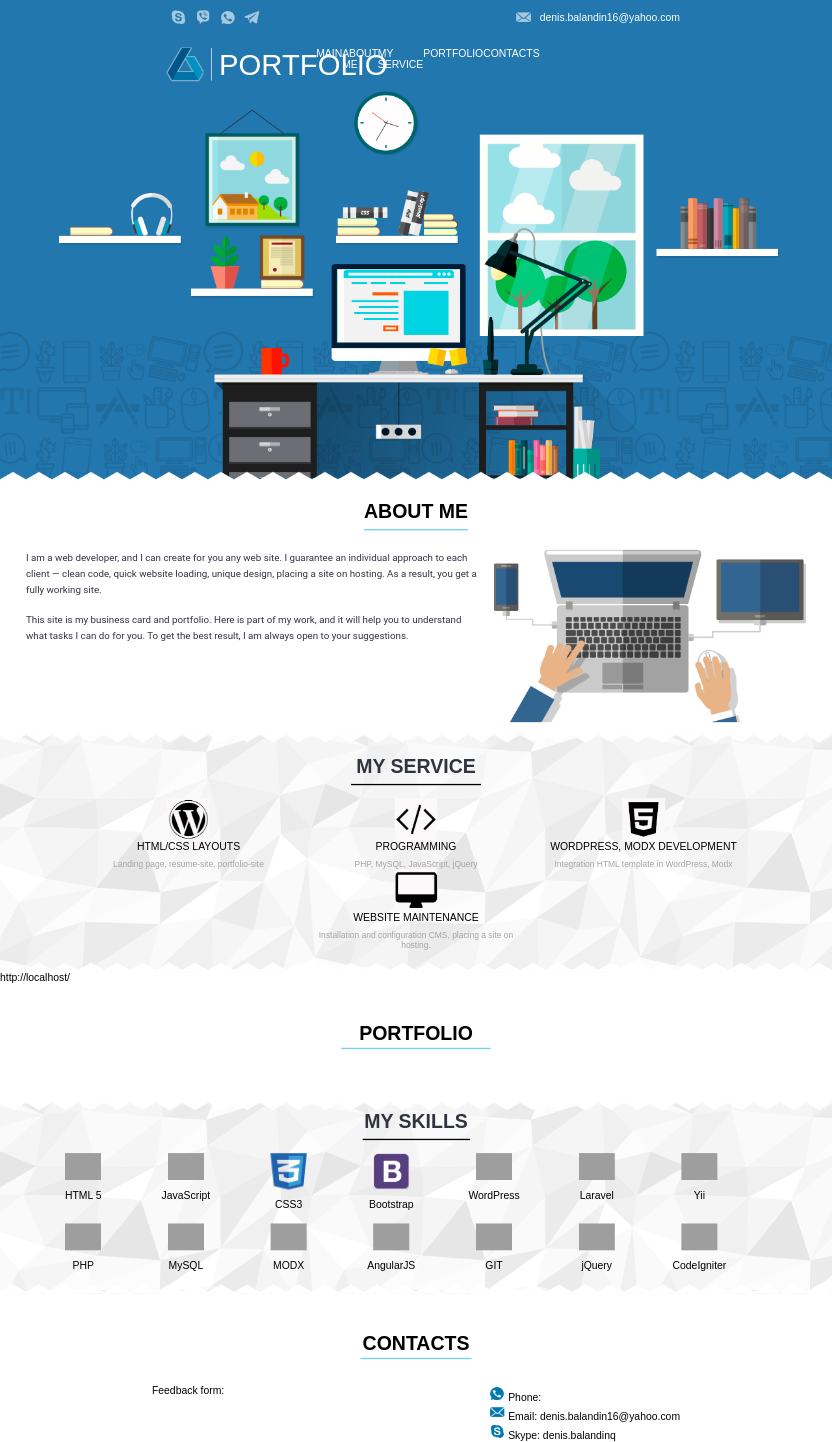
Repository: DenisBalandin/Portfolio
Page: /
The author's editor kept a copy of each file at every save. The page is drawn from the files as they stood at one save, then again after the next save.
The browser window is 1280 px wide. The pictures show the whole page, at 65% of full size.
Pictures or frames that could not be fetched are drawn as grey boxes. The page's requests for data from a server got no answer. The project was rebuilt for these pictures with package versions that can differ from the ones it lists, and the page was loaded fresh each time. No one was signed in, and anything a server would have sent is missing. Also part of the build but not shown: src/ItemPage.js.

Above is the page before, as saved 2020-03-06 18:42:23.

### src/App.js
import React from 'react';
import './style.scss';
import ItemPage from './ItemPage';
import Home from './Home';
import Header from './Header';


import {BrowserRouter as Router,Route, Link} from 'react-router-dom';

function App(){
  return (
    <Router>
      <Header/>
      <Route exact path="/pageitem" component={ItemPage} />

      <Route exact path="/pageitem/:itemid" component={ItemPage} />
      <Route exact path="/" component={Home} />
    </Router>
  );
}

export default App;

### src/style.scss
*{padding: 0; margin: 0;}
body{font-family: Arial; min-width: 500px; }
a{text-decoration: none; color: #FFFFFF; text-decoration: none;}
li{list-style: none;}



/* Heder */
#first_page_bg{
    width:100%;
    height: 70%;
    background: #2277ae;
    header{
        width: 60%;
        margin: 0 auto 0 auto;
        .up_menu_links{
            display: flex;
            justify-content: space-between;
           padding: 2% 0 0 0;
            .social_link{
                width: 30%;
                a{
                    margin: 0 3% 0 3%;
                }
            }
            .email_heder{
                width: 30%;
                span{
                    position: absolute;
                    margin: 0.2% 0 0 1%;
                }
            }
        }

        menu{
            margin: 30px 0 20px 0;
            display: flex;

            .logo{
                width: 30%;
                display: flex;
                .company_name{
                    margin: 0.3% 0 0 5%;
                    height: 90%;
                    padding: 0 0 0 5%;
                    border-left: #FFFFFF 1px solid;
                }
            }
            .menu_heder{
                width: 40%;
                display: flex;
                justify-content: space-between;
            }


        }
    }

}





// .menu div{ margin: -1px 5px 0 5px; color:#ffffff; font-size: 17px;  display: flex;
//     flex-direction:row;
//     flex-wrap: wrap;
//     justify-content: center;}
// .menu div a{color:#ffffff; font-size: 20px;}
/*Top menu end*/
/*Heder end*/

/*Page*/
#first_page_bg_single{ width: 100%; height: 195px; background: #2277ae; padding:0px 0 0 0; overflow: hidden;}
.bg_page_insaide_page{width: 100%; background: url("img/pattop1.png") repeat-x; height: 230px; position: relative; z-index:5;}
.deltatop_page_page{width: 100%; background: url("img/deltatop.png") repeat-x; height: 14px; position: relative; z-index: 20; margin: -13px 0 0 0;}
#content_page{
    max-width: 1200px;
    margin: 30px auto 0px auto;
    display: flex;
    flex-wrap: wrap;
    flex-direction: row;
    justify-content: space-around;
}
.content_pageh1{
    font-size: 30px;
    text-transform: uppercase;
    text-align: center;
    font-weight: bold;
    position: relative;
    margin-bottom: 30px;
    color:#303440;
    text-decoration: underline;
    padding: 40px 0 10px 0;
}
#content_page img{
    width: 100%;
    height: auto;
}
/*Page end*/
.order_site{float: right; margin: 15px 0 0 20px; width: 178px; height: 30px; border: 1px solid #6ca6cd; text-align: center; color: #ffffff; padding: 10px 0 0 0; font-size: 14px; box-shadow: 9px 8px 4px -7px #2277ae; }
.order_site:hover{background: #0298cc; cursor: pointer;}
.company_name{
    color: #ffffff;
    font-size: 45px;
    margin: -10px 0 0 15px;
}
.company_name a{color: #FFFFFF;}
.company_name a:hover{color: #FFFFFF; text-decoration: none;}
.logo_border{
    width: 1px; height: 50px; background: #FFFFFF; margin: 0 10px 0 25px;
}
.content_description{
    max-width: 750px;
    height: 60px;
    float: left;
    font-size: 14px;
    color: #303440;
    margin: 0 0px 0 0;
}
.tools{ font-size: 15px; color: #303440; padding: 0 0 0 0px; }
.content_link{font-size: 15px; color: #303440; margin:0px 0 20px 0;}
.content_link a{color: #303440; text-decoration: underline;}
.content_link a:hover{text-decoration: none;}
.content_text{
    width: 80%;
    background: #fff;
    border: 1px solid #59759b;
    overflow: hidden;
    margin: 0 auto 0 auto;
}
.content_text img{
    width: 100%!important;
    height: 50%!important;
}
.web_line{ background:url("img/web_line.jpg")no-repeat;  display: inline-block; height: 69px; max-width: 1150px; margin: 0 0 -5px 0; border-right: 1px solid #59759b; border-left: 1px solid #59759b; border-top: 1px solid #59759b;}
.content_url{float: left; margin: 40px 0 0 160px;}
.content_url a{color: #585353;}
/*Links end*/
.flex-container {
    display: flex;
    flex-direction:  row-reverse;
}
/*Top Menu*/
.heder_menu{
    display: flex;
}
.top_menu{
    margin: 20px 0;
    display: flex;
    flex-direction:row;
}
/*Page bg*/
.page_bg{
    margin: -10px auto 0 auto;
}
.bg_page_insaide{width: 100%; background: url("img/pattop.png") repeat-x;  position: relative; z-index:5; background-position: bottom;
    display: flex;
    flex-direction: column;
}
.bg_page_insaide_single{width: 100%; margin: 15px 0 0 0; background: url("img/pattop.png") repeat-x; height: 130px; position: relative; z-index:5;}
.deltatop_page{width: 100%; background: url("img/deltatop.png") repeat-x; height: 14px; position: relative; z-index: 20; margin: -14px 0 0 0;}
/*Page bg end*/

/*About me*/
#about_me{
    max-width: 1200px;
    margin:  30px auto 70px auto;
}
#about_me h1{
    font-size: 30px;
    text-transform: uppercase;
    margin: 0 auto 30px auto;
    font-weight: bold;
    position: relative;
    border-bottom: 2px solid #6dcff6;
    width: 160px;
    padding: 0 0 10px 0;
}
#about_me p{    box-sizing: border-box;
    font: 15px "Roboto";
    line-height: 25px;
    color: #303440; margin: 20px 0 13px 0;}
#about_me img{
    padding: 0 0 0 20px;
    margin: 0 0 20px 0;
}
/*About me end*/

/*My Service*/
#my_service_bg{
    height: 100%;
    background: url("img/bgdelta.png") repeat-x;
}
.my_service_line_top{
    width: 100%;
    height: 14px;
    background: url("img/deltabottom.png") repeat-x;
}
.my_service_line_bottom{
    width: 100%;
    height: 14px;
    background: url("img/deltatop.png") repeat-x;
}
#my_service{
    max-width: 1500px;
    margin: 0px auto 20px auto;
    display: flex;
    flex-direction:row;
    flex-wrap: wrap;
    justify-content: center;

}
#my_service_bg h3{
    font-size: 30px;
    text-transform: uppercase;
    font-weight: bold;
    color: #303440;
    width: 200px;
    text-align: center;
    margin: 20px auto 20px auto;
    border-bottom: 2px #000000 solid;
    padding: 0 0 10px 0;
}
#my_service div{
    display: flex;
    flex-direction:column;
    flex-wrap: wrap;
    justify-content: center;
}
#my_service div img{
    margin:  0 auto 0 auto;
}
.text_1{
    text-align: center;
    padding: 0 25px 0 25px;
    font-size: 1em;
}
.text_2{
    text-align: center;
    padding: 0 25px 0 25px;
    color:#a4a4a4;
    font-size: 5em;
    width: 300px;
}
/*My service end*/

/*Portfolio*/
#portfolio{
    max-width: 1200px;
    margin: 0 auto 40px auto;
    display: flex;
    flex-direction:row;
    flex-wrap: wrap;
    justify-content: center;
}
.portfolioh3{
    font-size: 30px;
    text-transform: uppercase;
    text-align: center;
    font-weight: bold;
    position: relative;
    border-bottom: 2px solid #6dcff6;
    width: 230px;
    margin: 60px auto 40px auto;
    padding: 0 0 5px 0;
}
#portfolio .portfolioblock{
    border: 1px solid #bfd2e1;
    width: 368px;
    margin: 10px;
    box-shadow: 5px 5px 4px -5px #000000;
}
#portfolio div img{
    margin: -12px 0 0px 0;
    display: inline-block;
}
.p_name{
    background:#2d7eb2;
    text-align: center;
    height: 40px;
    opacity: 0.8;
    padding: 2px 20px;
    margin: 0 auto 0 auto;
}
.p_name a{
    font-size: 20px;
    color: #ffffff;
}
.p_name:hover{
    text-decoration: none;
}
/*Portfolio end*/

/*Content blog*/
#content_blog{ max-width: 1200px;  margin: 0 auto 40px auto; min-height: 300px;}
/*Content blog end*/



/*I used*/
#my_skils_bg{
    width: 100%;
    height: 100%;
    background: url("img/bgdelta.png") repeat-x;
    margin: 0 0 40px 0;
}
.my_skils_line_top{
    width: 100%;
    height: 14px;
    background: url("img/deltabottom.png") repeat-x;
}
.my_skils_line_bottom{
    width: 100%;
    height: 14px;
    background: url("img/deltatop.png") repeat-x;
}
#my_skils{
    max-width: 1200px;
    margin: 10px auto 0px auto;
    display: flex;
    flex-direction:row;
    flex-wrap: wrap;
}
#my_skils div img{}
.my_skillsh3{
    font-size: 30px;
    text-transform: uppercase;
    font-weight: bold;
    color: #303440;
    width: 165px;
    text-align: center;
    margin: 0 auto 20px auto;
    border-bottom: 2px #000000 solid;
    padding: 0 0 10px 0;
}
#my_skils div{ width: 140px; text-align: center; margin: 0 0 20px 18px;}
#my_skils div img{margin: 0 0 10px 0; width:40%;}
.about_me_img{}
.text_1{ text-align: center;}
.text_2{ text-align: center; margin: 10px 0 0 0; color:#a4a4a4; font-size: 13px;}
/*I used end*/

/*Portfolio*/
.contactsh3{
    font-size: 30px;
    text-transform: uppercase;
    text-align: center;
    font-weight: bold;
    position: relative;
    border-bottom: 2px solid #6dcff6;
    width: 170px;
    margin: 60px auto 40px auto;
    padding: 0 0 5px 0;
}
#contacts{
    max-width: 1200px;
    margin: 0 auto 0px auto;
    display: flex;
    flex-direction:row;
    flex-wrap: wrap;
    justify-content: space-around;
}
.formcont{ margin: 0 20px 0 0;}
.formcont input{border: 1px solid #dddddd; margin: 10px 0 10px 0; width: 250px; height: 30px; color: #666666; padding: 0 0 0 10px;}
.formcont textarea{border: 1px solid #dddddd; margin: 10px 0 10px 0; width: 410px; height: 70px; color: #666666; padding: 15px 0 0 10px;}
.formcont button{ background:#0298cc; height: 40px; width: 180px; color: #ffffff; font-size: 18px; border: 1px solid #6ca6cd; cursor: pointer;}
.formcont button:hover{ background:#2277ae;}
/*Portfolio end*/

/*Footer*/
#footer_bg{background: #2277ae; width: 100%; height: 100px; margin: 50px 0 0 0; }
#footer{max-width: 1200px;  margin: 10px auto 0px auto; height: 50px;}
.copyright{ color: #ffffff; margin: 25px 0 0 10px;}
.footermenu{ margin: 25px 0 0 0;}
.footermenu li{float: left; font-size: 14px; margin: 0 10px 0 10px; color: #ffffff; border-bottom: 1px solid #ffffff;}
.footermenu li:hover{border-bottom: 1px solid #2277ae;}
/*footer end*/


@media all and (max-width: 900px) {
    #my_service div img {
        width: 0%;
    }

    #about_me p img {
        width: 0%;
    }

    #my_skils div img {
        width: 0% !important;
    }

    #my_skils{
        justify-content: space-around!important;
    }
    #my_skils div{
        margin: 0 !important;
    }
    .top_menu{
        display: none!important;
    }
    .menu{
        margin: 10px 0 40px 0!important;
        justify-content: space-around !important;
    }
    #about_me p{
        padding: 0 30px 0 30px!important;
    }
}

### src/Home.js
import React,{Component} from 'react';
import AboutMe from './AboutMe';
import MyService from './MyService';
import MySkills from './MySkills';
import Contacts from './Contacts';
import Portfolio from './Portfolio';
import {BrowserRouter as Router,Route, Link} from 'react-router-dom';


class Home extends Component{
    render(){
        return(
            <div>
                <Router>
                    <AboutMe/>
                    <MyService/>
                    <Portfolio/>
                    <MySkills/>
                    <Contacts/>
                </Router>
            </div>
        );
    }
}
export default Home;

### src/Header.js
import React from 'react';
import skype from './img/skype_icon.jpg';
import viber from './img/viber_icon.jpg';
import whatsap from './img/whatsap.jpg';
import telegram from './img/telegram.jpg';
import email from './img/email.jpg';
import logo from './img/logo.png';
import background from './img/background.png';


function Header(){
    return(
        <div id="first_page_bg" >
        {/* <!--Links--> */}
            <header>
            <div className="up_menu_links">
                <div className="social_link">
                    <a href="#"><img src={skype}/></a>
                    <a href="#"><img src={viber}/></a>
                    <a href="#"><img src={whatsap}/></a>
                    <a href="#"><img src={telegram}/></a>
                </div>
                <div className="email_heder">
                    <a href="#">
                        <img src={email}/>
                        <span>denis.balandin16@yahoo.com</span>
                    </a>
                </div>
            </div>
            {/* <!--Links end--> */}
            {/* <!--Menu--> */}
            <menu>
                <div className="logo">
                    <div>
                        <a href="/">
                        <img src={logo} />
                        </a>
                    </div>
                    <div className="company_name">
                        <a href="/">PORTFOLIO</a>
                    </div>
                </div>




                <div className="menu_heder">
                    <div>
                        <a href="/">MAIN</a>
                    </div>
                    <div>
                        <a href="#about_me">ABOUT ME</a>
                    </div>
                    <div>
                        <a href="#my_service">MY SERVICE</a>
                    </div>
                    <div>
                        <a href="#portfolio">PORTFOLIO</a>
                    </div>
                    <div>
                        <a href="#contacts">CONTACTS</a>
                    </div>
                </div>
            </menu>
            {/* <!--Menu end--> */}
        </header>
        <div className="bg_page_insaide">
            <div className="page_bg">
                <img src={background} width="100%" />
            </div>
        </div>
        <div className="deltatop_page"></div>
    </div>
    );
}
export default Header;

### src/AboutMe.js
import React from 'react';
import aboutme from './img/aboutme.png';

function AboutMe(){
    return(
        <div id="about_me">
            <h1>ABOUT ME</h1>
            <p>
                <img className="about_me_img" align="right" src={aboutme} width="40%"/>
                I am a web developer, and I can create for you any web site. I guarantee an individual approach to each client — clean code, quick website loading, unique design, placing a site on hosting. As a result, you get a fully working site.
            </p>
            <p>
                This site is my business card and portfolio. Here is part of my work, and it will help you to understand what tasks I can do for you. To get the best result, I am always open to your suggestions.
            </p>
            <br/><br/><br/>
        </div>
    );
}
export default AboutMe;

### src/MyService.js
import React from 'react';
import wordpress from './img/wordpress_icon.jpg';
import teg from './img/teg.jpg';
import html5 from './img/hml5_icon.jpg';
import monitor from './img/monitor.jpg';

function MyService(){
    return(
        <div id="my_service_bg">
        <div className="my_service_line_top"></div>
          <h3>MY SERVICE</h3>
        <div id="my_service">
            <div>
              <img src={wordpress} />
              <div className="text_1">HTML/CSS LAYOUTS</div>
              <div className="text_2">Landing page, resume-site, portfolio-site</div>
            </div>
            <div>
              <img  src={teg} />
              <div className="text_1">PROGRAMMING</div>
              <div className="text_2">PHP, MySQL, JavaScript, jQuery</div>
            </div>
            <div>
              <img src={html5}/>
              <div className="text_1">WORDPRESS, MODX DEVELOPMENT</div>
              <div className="text_2">Integration HTML template in WordPress, Modx</div>
            </div>
            <div>
              <img src={monitor}/>
              <div className="text_1">WEBSITE MAINTENANCE</div>
              <div className="text_2">Installation and configuration CMS, placing a site on hosting.</div>
            </div>
        </div>
        <div className="my_service_line_bottom"></div>
      </div>
    );
}
export default MyService;

### src/MySkills.js
import React from 'react';
import css3 from './img/css3.png';
import bootstrap from './img/bootstrap.png';

function MySkills(){
    return(
        <div id="my_skils_bg">
            <div className="my_skils_line_top"></div>
            <h3 className="my_skillsh3">My Skills</h3>
            <div id="my_skils">
                <div>
                    <img src="<?php bloginfo('template_directory'); ?>/img/html5.png" />
                    <p>HTML 5</p>
                </div>
                <div>
                    <img src="<?php bloginfo('template_directory'); ?>/img/js.png"/>
                    <p>JavaScript</p>
                </div>
                <div><img src={css3}/> <p>CSS3</p></div>
                <div><img src={bootstrap}/><p>Bootstrap</p></div>
                <div><img src="<?php bloginfo('template_directory'); ?>/img/wordpress.png"/><p>WordPress</p></div>
                <div><img src="<?php bloginfo('template_directory'); ?>/img/laravel.png"/><p>Laravel</p></div>
                <div><img src="<?php bloginfo('template_directory'); ?>/img/yii.png"/><p>Yii</p></div>
                <div><img src="<?php bloginfo('template_directory'); ?>/img/php.png"/><p>PHP</p></div>
                <div><img src="<?php bloginfo('template_directory'); ?>/img/mysql.png"/><p>MySQL</p></div>
                <div><img src="<?php bloginfo('template_directory'); ?>/img/modx.png"/><p>MODX</p></div>
                <div><img src="<?php bloginfo('template_directory'); ?>/img/angular.png"/><p>AngularJS</p></div>
                <div><img src="<?php bloginfo('template_directory'); ?>/img/git.png"/><p>GIT</p></div>
                <div><img src="<?php bloginfo('template_directory'); ?>/img/jquery.png"/><p>jQuery</p></div>
                <div><img src="<?php bloginfo('template_directory'); ?>/img/codeigniter.png"/><p>CodeIgniter</p></div>
            </div>
            <div className="my_service_line_bottom"></div>
        </div>
    );
}
export default MySkills;

### src/Contacts.js
import React from 'react';
import skype_cont from './img/skype_cont.jpg';
import mail_cont from './img/mail_cont.jpg';
import phone_cont from './img/phone_cont.png';

function Contacts(){
    return(
        <>
            <h3 className="contactsh3">CONTACTS</h3>
            <div id="contacts">
                <div className="formcont">
                    <p>Feedback form:</p>

                </div>
                <div className="contacts">
                    <div>
                    <img src={phone_cont}/> <span>Phone:</span>
                    </div>
                    <div>
                    <img src={mail_cont}/> <span>Email: denis.balandin16@yahoo.com  </span>
                    </div>
                    <div>
                    <img src={skype_cont}/> <span>Skype: denis.balandinq </span>
                    </div>
                </div>
            </div>
        </>
    );
}
export default Contacts;

### src/Portfolio.js
import React,{Component} from 'react';
import portfolioicon from './img/portfolioicon.jpg';
import { db } from "./firebase";
import ReactHtmlParser, { processNodes, convertNodeToElement, htmlparser2 } from 'react-html-parser';
import {BrowserRouter as Router,Route, Link} from 'react-router-dom';

class Portfolio extends Component{
    constructor(props){
        super(props);
        this.state = {
            pages:[]
        }
    }
    componentDidMount(){
        this.getFetch();
    }
    getFetch = () => {
        // db.collection("messages")
        // .get()
        // .then(querySnapshot => {
        //     let fullArray = [];
        //     const data = querySnapshot.docs.map(doc => doc.data());
        //     for(var int = 0; int < data.length; int++){
        //         fullArray[int] = {
        //             name: data[int].name,
        //             date:data[int].date,
        //             check:data[int].check,
        //             id: querySnapshot.docs[int].id,
        //         }
        //     }
        //     this.setState({ users: fullArray });
        // });
        fetch('http://testwoo/wp-json/wp/v2/posts')
        .then(response => response.json())
        .then(
            result => this.setState({
                pages:result
            })
        );
    }

    render(){
       return(
           <>
           {window.location.href}
            {/* <Route exact path="/"  component={Home}/> */}
            <h3 className="portfolioh3">PORTFOLIO</h3>
            <div id="portfolio">
                {this.state.pages.map((page, index)=>
                    <div className="portfolioblock">
                        {/* <Link to={`/pageitem/${page.id}`}>
                            <img src={portfolioicon}  width="368"/>
                            { ReactHtmlParser(page.excerpt.rendered)}
                        </Link>
                        <div className="p_name">
                            <a href="/pexuniverse/">{page.title.rendered}</a>
                        </div> */}
                    </div>
                )}


            </div>
        </>
       );
   }
}
export default Portfolio;

### src/firebase.js
import firebase from 'firebase';

const firebaseApp = firebase.initializeApp({
    apiKey: "AIzaSyBH21wpMVzXC2kYGnD8x1tI6ru-zdWNAqs",
    authDomain: "test-4ba23.firebaseapp.com",
    databaseURL: "https://test-4ba23.firebaseio.com",
    projectId: "test-4ba23",
    storageBucket: "test-4ba23.appspot.com",
    messagingSenderId: "597606478464",
    appId: "1:597606478464:web:6e48455407186638df2c65",
    measurementId: "G-NDR2C185V9"
});

const db = firebaseApp.firestore();

export {db};

Loaded but not shown: public/index.html (common file); src/index.js (common file); src/index.css (common file); src/serviceWorker.js (common file)

After the next save:
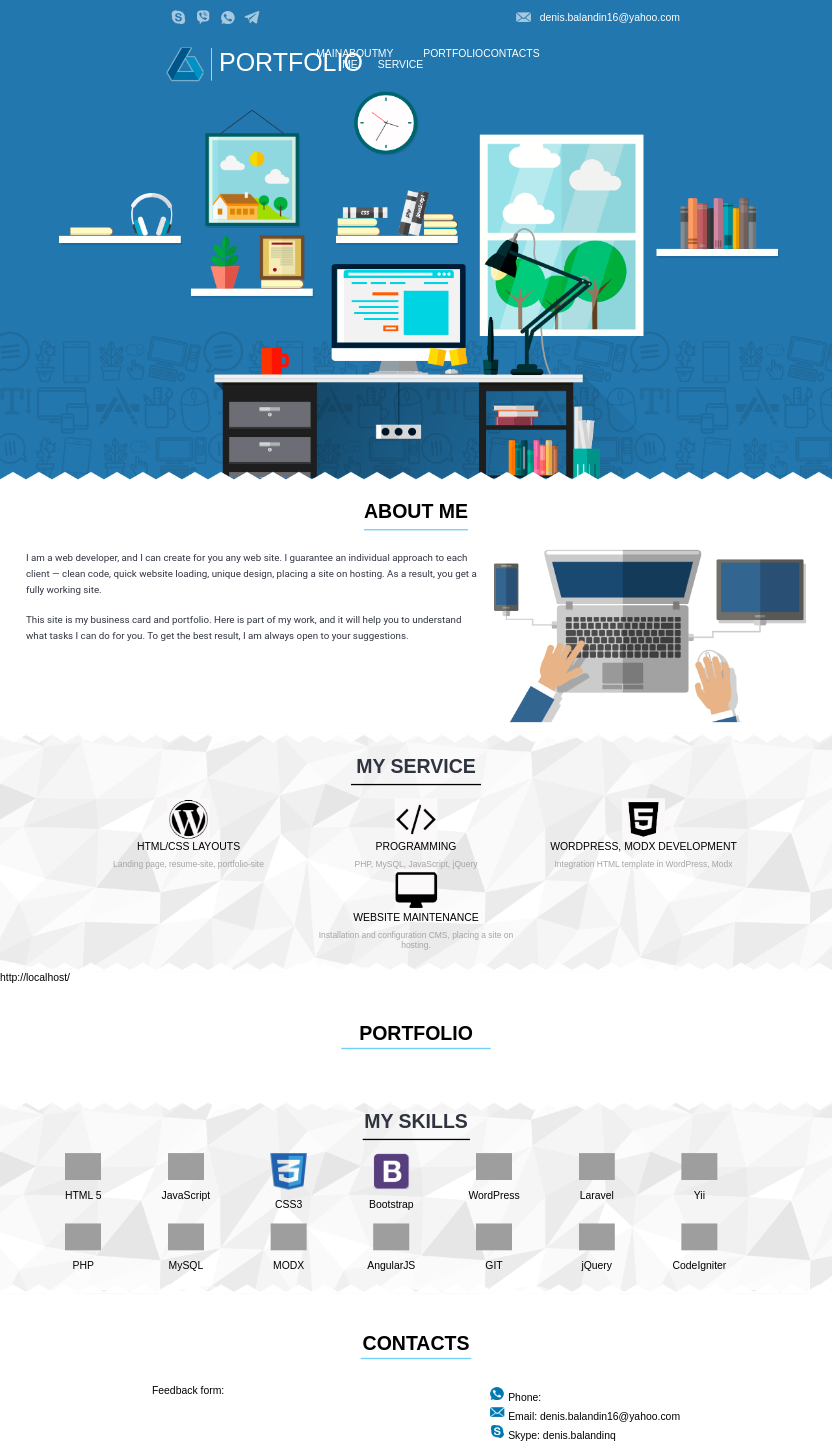
Saved 17 s later.
--- a/src/style.scss
+++ b/src/style.scss
@@ -44,6 +44,7 @@
                     height: 90%;
                     padding: 0 0 0 5%;
                     border-left: #FFFFFF 1px solid;
+                    font-size: 3vw;
                 }
             }
             .menu_heder{
